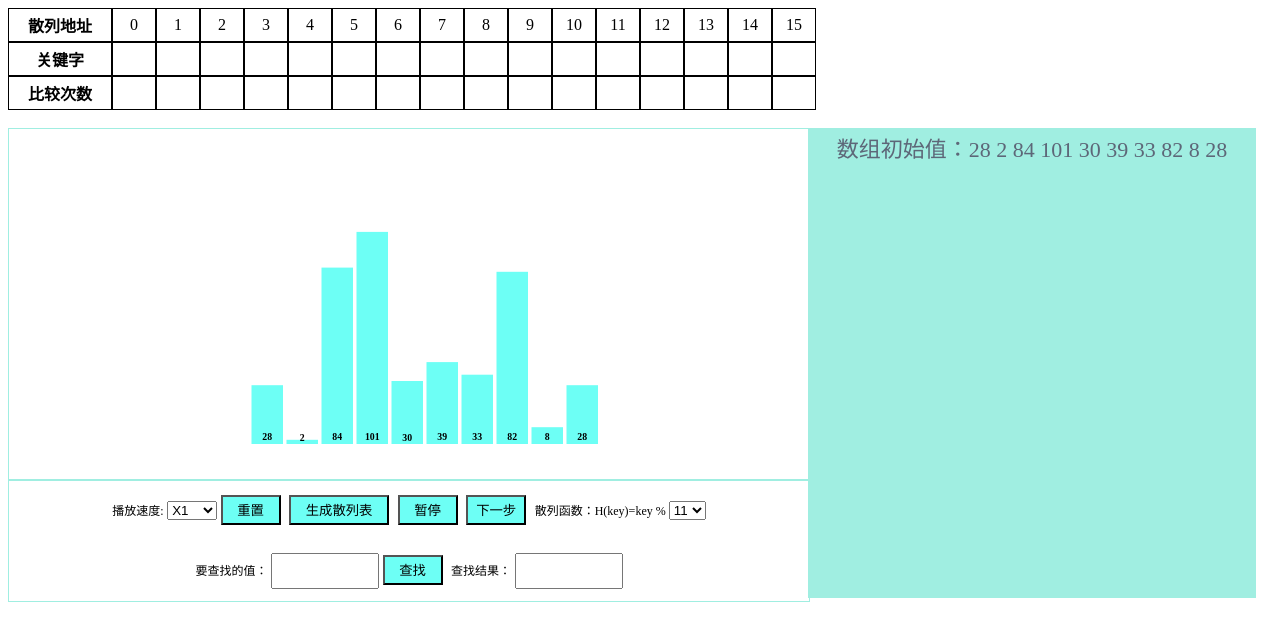
Repository: aaa615/Visualization-of-data-structure-algorithms
Page: dataStructure/WebContent/animation/search/hashSearch/hashSearch.html
These files come from the project's save history. The page is drawn as it stood at one moment and after the next save; the edit follows.
The browser window is 1280 px wide. The pictures show the whole page.

Above is the page before, as saved 2021-05-20 04:32:09.

### dataStructure/WebContent/animation/search/hashSearch/hashSearch.html
<!DOCTYPE html>
<html lang="en">
<head>
    <meta charset="UTF-8">
    <title>散列表查找</title>
    <link rel="stylesheet" type="text/css" href="hashSearch.css" charset="utf-8">

    <script type="text/javascript" src="hashSearch.js"></script>
</head>
<body>
<div id="canvas_div">
    <table id="hash_table" cellspacing="0">
        <tr align="center" valign="center">
            <th width="100px" style="border: black solid 1px">散列地址</th>
            <td>0</td>
            <td>1</td>
            <td>2</td>
            <td>3</td>
            <td>4</td>
            <td>5</td>
            <td>6</td>
            <td>7</td>
            <td>8</td>
            <td>9</td>
            <td>10</td>
            <td>11</td>
            <td>12</td>
            <td>13</td>
            <td>14</td>
            <td>15</td>
        </tr>
        <tr align="center" valign="center">
            <th width="100px" style="border: black solid 1px">关键字</th>
            <td></td>
            <td></td>
            <td></td>
            <td></td>
            <td></td>
            <td></td>
            <td></td>
            <td></td>
            <td></td>
            <td></td>
            <td></td>
            <td></td>
            <td></td>
            <td></td>
            <td></td>
            <td></td>
        </tr>
        <tr align="center" valign="center">
            <th width="100px" style="border: black solid 1px">比较次数</th>
            <td></td>
            <td></td>
            <td></td>
            <td></td>
            <td></td>
            <td></td>
            <td></td>
            <td></td>
            <td></td>
            <td></td>
            <td></td>
            <td></td>
            <td></td>
            <td></td>
            <td></td>
            <td></td>
        </tr>
    </table>
    <svg id="canvas_svg" xmlns="http://www.w3.org/2000/svg" viewBox="0 0 500 500" onload="createRect()"></svg>
    <div class="express_window" id="express_window_id"></div>
</div>
<div id="player_div">
    <label>播放速度:</label>
    <select id="playSpeed_id" class="playSpeed_class" onclick="getPlaySpeed()">
        <option value="2">X2</option>
        <option value="1.5">X1.5</option>
        <option value="1" selected>X1</option>
        <option value="0.5">X0.5</option>
    </select>
    <input type="button" value="重置" class="player_input" onclick="reset()">
    <input type="button" value="生成散列表" class="player_input" style="width: 100px" onclick="createHashTable()">
    <input type="button" value="暂停" class="player_input" onclick="pause()">
    <input type="button" value="下一步" class="player_input" onclick="nextStep()">
    <label>散列函数：H(key)=key % </label>
    <select id="hash_function" class="playSpeed_class" onclick="getM()">
        <option value="3">3</option>
        <option value="11" selected>11</option>
        <option value="13">13</option>
    </select>
    <br/>

    <label>要查找的值：</label>
    <input type="text" id="search_num" class="player_text">
    <input type="button" value="查找" class="player_input" onclick="search()">
    <label>查找结果：</label>
    <input type="text" id="Search_result" class="player_text" readonly="true">

</div>

</body>
</html>

### dataStructure/WebContent/animation/search/hashSearch/hashSearch.css
#canvas_div{
    position: relative;
    display: flex;
    display:-webkit-flex;
    justify-content: left;
}

.hash_table{
    display: inline-block;
    height: 100px;
}

td{
    height: 30px;
    width: 40px;
    border: black solid 1px;
}

#canvas_svg{
    position: absolute;
    top: 120px;
    width: 800px;
    height: 350px;
    border: 1px solid rgba(160,238,225,1);
    font: bold 14px "Microsoft YaHei UI";
    text-align: center;
    text-anchor: middle;
}

.express_window{
    position: absolute;
    left: 800px;
    top: 120px;
    width: calc(100% - 800px - 1rem);
    height: 470px;
    overflow: auto;
    background-color: rgba(160,238,225,1);
    font: 22px "Microsoft YaHei UI";
    color: #5d6778;
    line-height: 44px;
    text-align: center;
}

#player_div{
    position: absolute;
    top: 480px;
    width: 800px;
    height: 120px;
    border: 1px solid rgba(160,238,225,1);
    text-align: center;
    font: 14px "Microsoft YaHei UI";
    line-height: 60px;

}

.player_input{
    width: 60px;
    height: 30px;
    color: black;
    margin-right: 5px;
    background-color: #6dfff5;
}

#player_div label{
    font: 12px "Microsoft YaHei UI";
}

.player_text{
    width: 100px;
    height: 30px;
    /*border: 1px green solid;*/
}

### dataStructure/WebContent/animation/search/hashSearch/hashSearch.js
/**
 *
 */
//舞台的高
var maxH=450;
//矩形的宽
var w = 45;
//矩形间隔
var space = 5;
//g标签的初始x坐标
var gX = 25;
//播放速度
var playSpeed=1200;
//矩形数值
var rectArray=[];
//记录每一轮数组细节
var arrStr="";
//计时器
var timer=[];
//
var currentStep=0;
//前一个矩形
var previousRect=-1;
//
var m=11;


//全局变量，获取g和rect标签
var txt=document.getElementsByClassName("player_text");
var oRect=document.getElementsByClassName("g_rect");
//获取playSpeed
function getPlaySpeed(){
    var oSelect=document.getElementsByClassName("playSpeed_class");
    playSpeed=1200*(1/oSelect[0].value);
    console.log(playSpeed);
}

function getM(){
    var oSelect=document.getElementsByClassName("playSpeed_class");
    m=oSelect[1].value;
    console.log(m);
}

//分步生成散列表
function nextStep(){
    if(previousRect!=-1){
        oRect[previousRect].setAttribute("style","fill:#6dfff5");
    }

    if(currentStep<10){
        oRect[currentStep].setAttribute("style","fill:greenyellow");
        previousRect=currentStep;

        let hash_tr=document.getElementById("hash_table").getElementsByTagName("tr");

        let index=rectArray[currentStep]%m;

        //记录查找细节
        var expressionField=document.getElementById("express_window_id");
        arrStr+="\n"+rectArray[currentStep]+" % "+m+" = "+index;


        console.log(index);

        // console.log("inner:"+hash_tr[1].getElementsByTagName("td")[index].innerText);
        //查找次数
        let count=1;
        if(hash_tr[1].getElementsByTagName("td")[index].innerText==""){
            hash_tr[1].getElementsByTagName("td")[index].innerText=rectArray[currentStep];
            hash_tr[2].getElementsByTagName("td")[index].innerText=count;
        }else{
            let i=index;
            while(hash_tr[1].getElementsByTagName("td")[i].innerText!=""){
                i=(i+1)%16;
                arrStr+="地址冲突，加一："+i+";";
                count++;
            }
            // console.log("i"+i);
            hash_tr[1].getElementsByTagName("td")[i].innerText=rectArray[currentStep];
            hash_tr[2].getElementsByTagName("td")[i].innerText=count;
        }
        expressionField.innerText=arrStr;
        currentStep++;
        return false;
    }else{
        return true;
    }

}

//生成散列表
function createHashTable(){
    timer[0]=setInterval(function () {
        if(nextStep()){
            clearInterval(timer[0]);
        }
    },playSpeed*2);
}

//随机生成有序的rect
function createRect() {
    var svgDoc=document.getElementById("canvas_svg");
    //获取流程描述窗口
    var expressionField=document.getElementById("express_window_id");
    arrStr="数组初始值：";

    //随机生成10个矩形的高（1~100）
    for (var i = 0; i < 10; ++i) {
        rectArray[i] = Math.ceil(Math.random() * 100) + 1;
        var h=rectArray[i]*3;
        //生成g标签
        var og=document.createElementNS("http://www.w3.org/2000/svg", "g");
        og.setAttribute("transform", "translate(" + gX + "," + (maxH - h) + ")");
        og.setAttribute("height", h + "px");
        og.setAttribute("class","svg_g");

        svgDoc.appendChild(og);

        //生成矩形
        var orect = document.createElementNS("http://www.w3.org/2000/svg", "rect");
        orect.setAttribute("width", w + "px");
        orect.setAttribute("height", h + "px");
        orect.setAttribute("fill", "#6dfff5");
        orect.setAttribute("class", "g_rect");
        og.appendChild(orect);

        //生成text
        var oTxt = document.createElementNS("http://www.w3.org/2000/svg", "text");
        oTxt.setAttribute("width", w + "px");
        oTxt.setAttribute("x", (w / 2) + "px");
        oTxt.setAttribute("y", h + "px");
        oTxt.setAttribute("dy", "-5px");
        oTxt.setAttribute("fill", "black");
        oTxt.textContent = h/3 + "";
        og.appendChild(oTxt);

        //下一个矩形的初始位置
        gX += w + space;

        arrStr+=h/3+" ";
    }
    expressionField.innerText=arrStr;
}


//查找
function search() {
    let search_num=parseInt(document.getElementById("search_num").value);
    let hash_tr=document.getElementById("hash_table").getElementsByTagName("tr");

    let address=search_num%m;

    console.log(parseInt(hash_tr[1].getElementsByTagName("td")[address].innerText));

    if(parseInt(hash_tr[1].getElementsByTagName("td")[address].innerText)==search_num){
        document.getElementById("Search_result").value="查找成功！";
        return true;
    }else{
        let i=(address+1)%16;
        while(i!=address){
            if(parseInt(hash_tr[1].getElementsByTagName("td")[address].innerText)==search_num){
                document.getElementById("Search_result").value="查找成功！";
                return true;
            }else{
                i=(i+1)%16;
            }
        }
    }
    document.getElementById("Search_result").value="查找失败！";
    return false;

}

//自动播放
function autoPlay() {
    timer[0]=setInterval(function () {
        nextStep();
    },playSpeed*2);
}

//暂停
function pause() {
    clearInterval(timer[0]);
    clearTimeout(timer[1]);
}

//重置
function reset() {
    pause();

    //删除矩形
    for(var i=0;i<rectArray.length;++i){
        removerRect();
    }
    //初始化相关变量
    for(var i=0;i<rectArray.length;++i){
        rectArray[i]=0;
    }
    gX=25;
    frontFrom=-1;
    txt[0].value="";
    txt[1].value="";
    count=1;
    //重新加载
    load();
}

//删除矩形
function removerRect(){
    var svgDoc=document.getElementById("canvas_svg");
    var og=svgDoc.firstChild;
    svgDoc.removeChild(og);
}

After the next save:
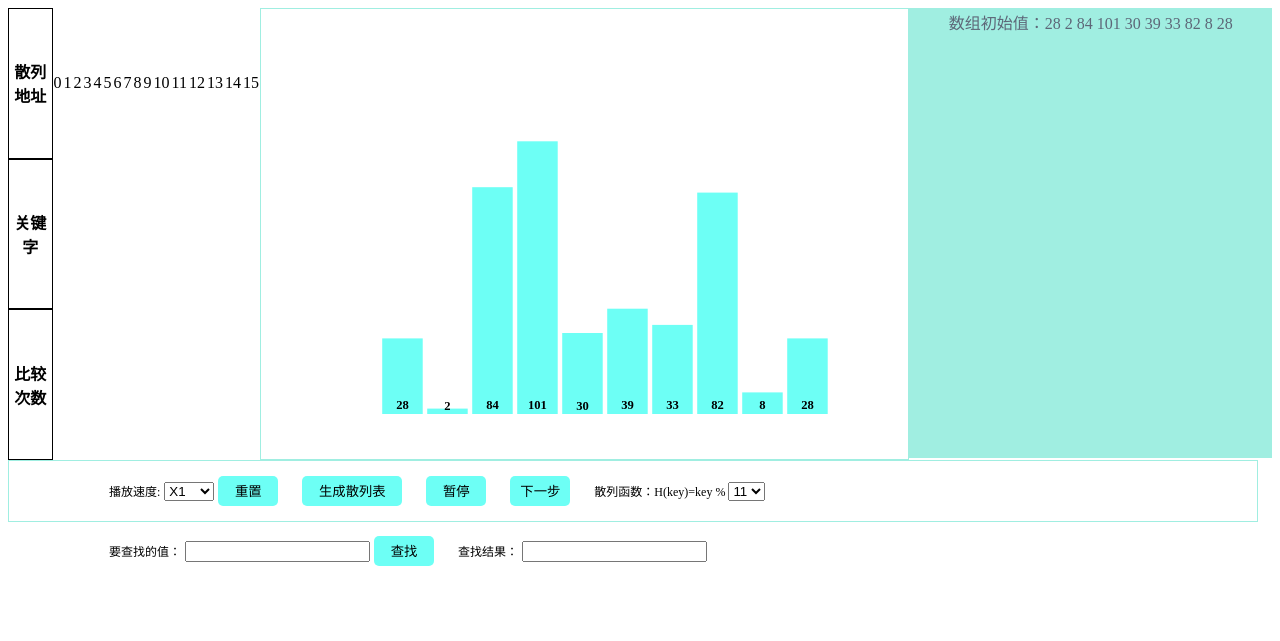
Saved 15 s later.
--- a/dataStructure/WebContent/animation/search/hashSearch/hashSearch.css
+++ b/dataStructure/WebContent/animation/search/hashSearch/hashSearch.css
@@ -1,3 +1,4 @@
+@charset "UTF-8";
 #canvas_div{
     position: relative;
     display: flex;
@@ -5,22 +6,9 @@
     justify-content: left;
 }
 
-.hash_table{
-    display: inline-block;
-    height: 100px;
-}
-
-td{
-    height: 30px;
-    width: 40px;
-    border: black solid 1px;
-}
-
 #canvas_svg{
-    position: absolute;
-    top: 120px;
     width: 800px;
-    height: 350px;
+    height: 450px;
     border: 1px solid rgba(160,238,225,1);
     font: bold 14px "Microsoft YaHei UI";
     text-align: center;
@@ -28,45 +16,47 @@ td{
 }
 
 .express_window{
-    position: absolute;
-    left: 800px;
-    top: 120px;
+	position:relative;
     width: calc(100% - 800px - 1rem);
-    height: 470px;
+    height: 450px;
     overflow: auto;
     background-color: rgba(160,238,225,1);
-    font: 22px "Microsoft YaHei UI";
-    color: #5d6778;
-    line-height: 44px;
     text-align: center;
 }
 
+.algoTitle{
+	height:50px;
+	font: 24px "Microsoft YaHei UI";
+	line-height:50px
+}
+
+#express_window_id{
+	font: 16px "Microsoft YaHei UI";
+    color: #5d6778;
+    line-height: 32px;
+}
+
 #player_div{
-    position: absolute;
-    top: 480px;
-    width: 800px;
-    height: 120px;
+    width: calc(100% - 100px - 1rem);
+    height: 60px;
     border: 1px solid rgba(160,238,225,1);
-    text-align: center;
-    font: 14px "Microsoft YaHei UI";
+    padding-left: 100px;
+    text-align: left;
     line-height: 60px;
-
 }
 
 .player_input{
     width: 60px;
     height: 30px;
     color: black;
-    margin-right: 5px;
-    background-color: #6dfff5;
+    margin-right: 20px;
+    border-color: cornsilk;
+    background-color: rgba(109,255,245);
+    color: black;
+    border-style: hidden;
+    border-radius: 5px;
 }
 
-#player_div label{
+#player_div label {
     font: 12px "Microsoft YaHei UI";
 }
-
-.player_text{
-    width: 100px;
-    height: 30px;
-    /*border: 1px green solid;*/
-}
